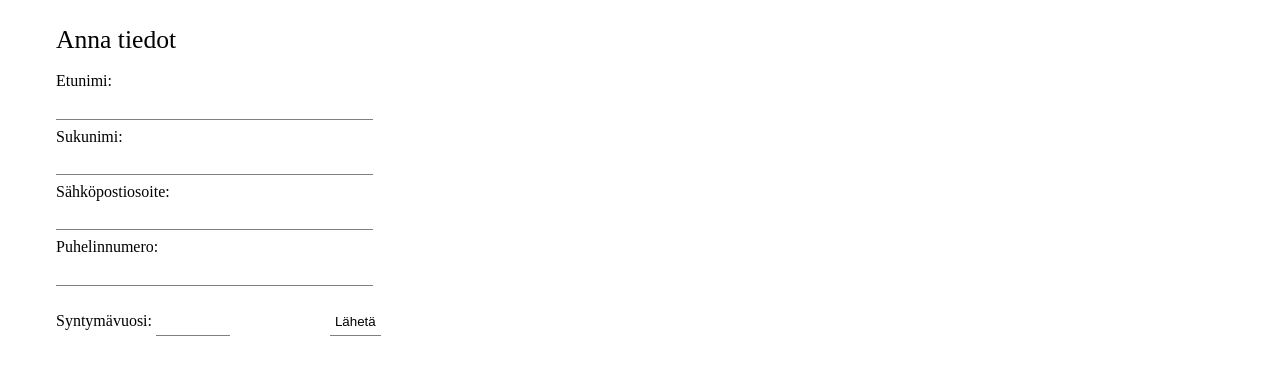
Repository: sirkian/ohj2-t4
Page: http://localhost/Tehtava3/kysy.jsp
The author's editor kept a copy of each file at every save. The page is drawn from the files as they stood at one save, then again after the next save.
The browser window is 1280 px wide. The pictures show the whole page.
The page is served by Tomcat 9.

Above is the page before, as saved 2022-03-23 15:47:20.

### Tehtava3/src/main/webapp/kysy.jsp
<%@ page language="java" contentType="text/html; charset=ISO-8859-1"
    pageEncoding="ISO-8859-1"%>
<!DOCTYPE html>
<html>
<head>
<meta charset="ISO-8859-1">
<title>Etätehtävä 3</title>
<style>
	.container {
		box-sizing: border-box;
		margin: 0;
		padding: 0 3em;
		width: 25em;
		position: absolute;
	}
	input[type=text],
	input[type=email] {
		width: 100%;
		border: none;
		border-bottom: 1px solid gray;
		padding: .5em;
		margin-bottom: .6em;
	}
	#vuosi {
		width: 20%;
		margin-top: 1em;
		text-align: center;
	}
	input[type=submit] {
		padding: .4em;
		background-color: white;
		border: none;
		border-bottom: 1px solid gray;
		position: relative;
		left: 90%;
		bottom: 2.65em;
	}
	input[type=submit]:hover {
		background-color: lightgray;
	}
	h1 {
		font-size: 1.6em;
		font-weight: 400;
	}
</style>
</head>
<body>
	<div class="container">
		<h1>Anna tiedot</h1>
		<form action="nayta.jsp" method="POST">
			Etunimi: <input type="text" name="etunimi"><br>
			Sukunimi: <input type="text" name="sukunimi"><br>
			Sähköpostiosoite: <input type="email" name="email"><br>
			Puhelinnumero: <input type="text" name="puhelin"><br>
			Syntymävuosi: <input id="vuosi" type="text" name="svuosi"><br>
			<input type="submit" value="Lähetä">
		</form>
	</div>
</body>
</html>

After the next save:
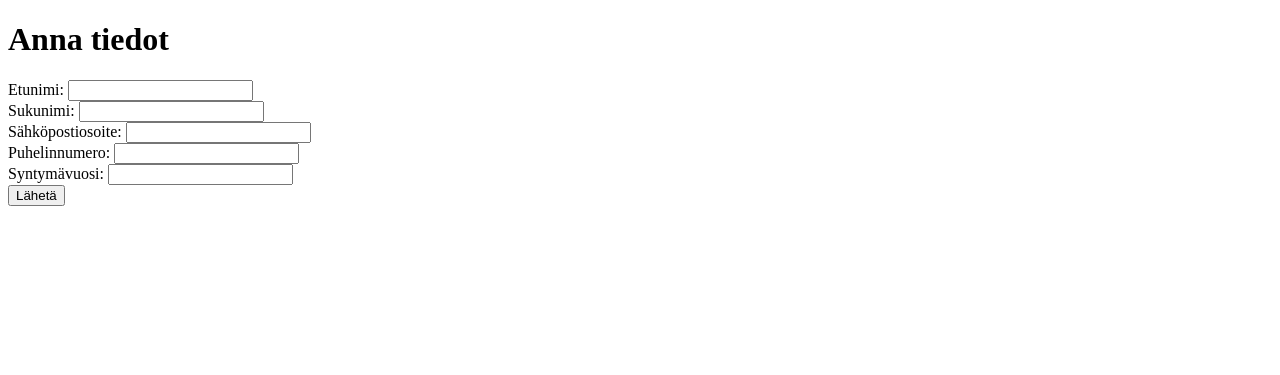
Saved 2 h 25 min later.
--- a/Tehtava3/src/main/webapp/kysy.jsp
+++ b/Tehtava3/src/main/webapp/kysy.jsp
@@ -5,44 +5,7 @@
 <head>
 <meta charset="ISO-8859-1">
 <title>Etätehtävä 3</title>
-<style>
-	.container {
-		box-sizing: border-box;
-		margin: 0;
-		padding: 0 3em;
-		width: 25em;
-		position: absolute;
-	}
-	input[type=text],
-	input[type=email] {
-		width: 100%;
-		border: none;
-		border-bottom: 1px solid gray;
-		padding: .5em;
-		margin-bottom: .6em;
-	}
-	#vuosi {
-		width: 20%;
-		margin-top: 1em;
-		text-align: center;
-	}
-	input[type=submit] {
-		padding: .4em;
-		background-color: white;
-		border: none;
-		border-bottom: 1px solid gray;
-		position: relative;
-		left: 90%;
-		bottom: 2.65em;
-	}
-	input[type=submit]:hover {
-		background-color: lightgray;
-	}
-	h1 {
-		font-size: 1.6em;
-		font-weight: 400;
-	}
-</style>
+
 </head>
 <body>
 	<div class="container">
